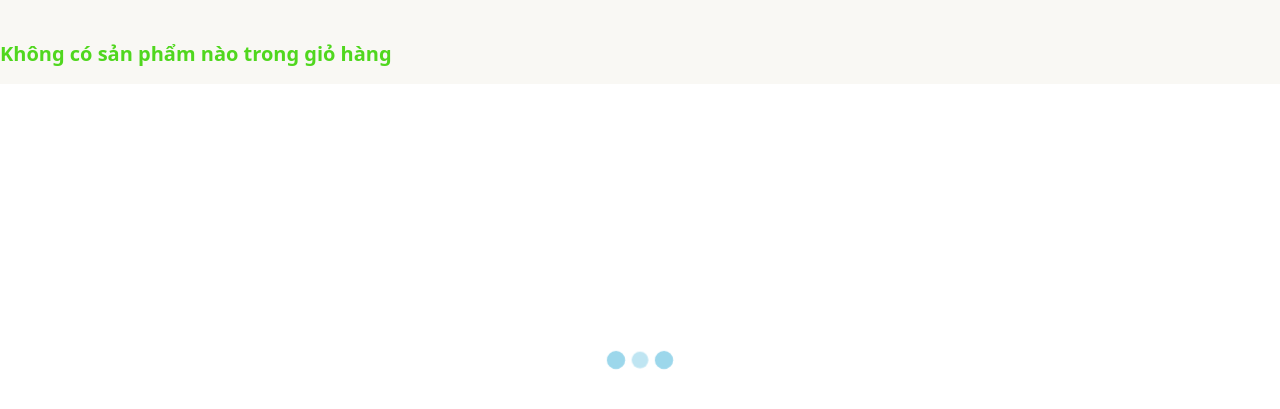
Repository: hungtuan/react-hook-shop
Page: /
An editor plug-in stored every save of this project. The page is shown before and after the next save, followed by the edit.
The browser window is 1280 px wide. The pictures show the whole page.
The page's requests for data from a server got no answer. The project was rebuilt for these pictures with package versions that can differ from the ones it lists, and the page was loaded fresh each time. No one was signed in, and anything a server would have sent is missing. Also part of the build but not shown: vite.config.js, src/components/Button/Button.jsx, src/components/ShoppingCard/CardItem.jsx, src/components/ShoppingCart/action.js, src/components/ShoppingCart/CartItem.jsx.

Above is the page before, as saved 2023-11-18 23:55:52.

After the next save:
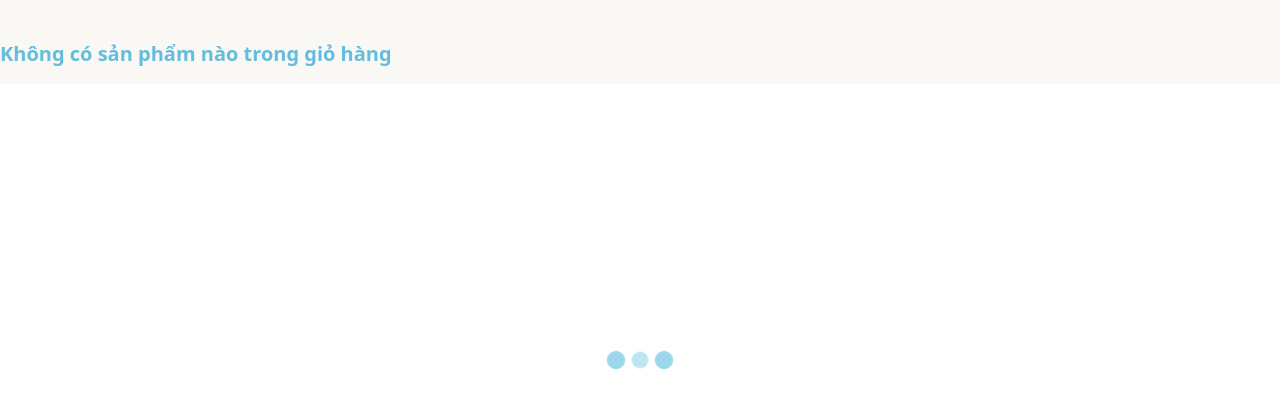
Saved 27 s later.
--- a/src/components/ShoppingCart/CartList.jsx
+++ b/src/components/ShoppingCart/CartList.jsx
@@ -69,7 +69,7 @@
       </table>
     </div>
   ) : (
-    <h3 className="font-bold text-xl text-[#50d71e] py-4">
+    <h3 className="font-bold text-xl text-[#65BCDC] py-4">
       Không có sản phẩm nào trong giỏ hàng
     </h3>
   );
